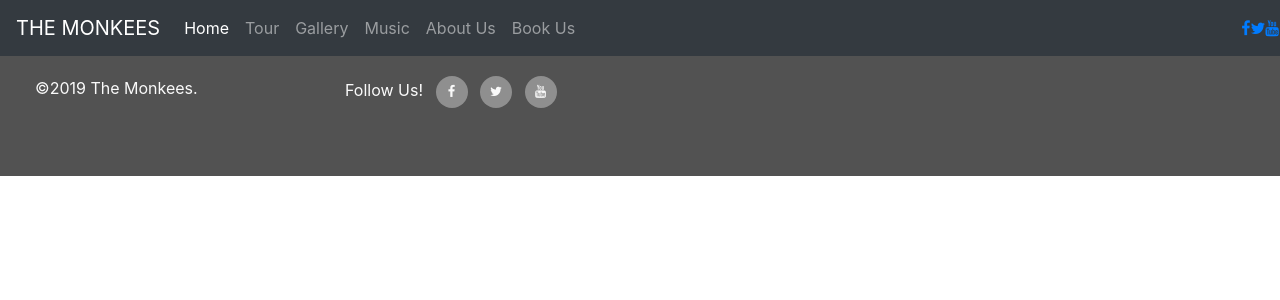
Repository: ClaraBausson/milestone_project_1
Page: index.html
The author's editor kept a record of every edit. The page is drawn from the files as they stood at one moment, then again after the next edit.
The browser window is 1280 px wide. The pictures show the whole page.
Some web libraries are served in a nearby version.

Above is the page before.

### index.html
<!DOCTYPE html>
<html lang="en">

<head>
    <meta charset="UTF-8">
    <meta name="viewport" content="width=device-width, initial-scale=1.0">
    <meta http-equiv="X-UA-Compatible" content="ie=edge">

    <title>The Monkees | Home</title>

    <!-------------------------- CSS links ------------------------------------>
    <script src="https://code.jquery.com/jquery-3.3.1.slim.min.js" integrity="sha384-q8i/X+965DzO0rT7abK41JStQIAqVgRVzpbzo5smXKp4YfRvH+8abtTE1Pi6jizo" crossorigin="anonymous"></script>
    <script src="https://cdnjs.cloudflare.com/ajax/libs/popper.js/1.14.7/umd/popper.min.js" integrity="sha384-UO2eT0CpHqdSJQ6hJty5KVphtPhzWj9WO1clHTMGa3JDZwrnQq4sF86dIHNDz0W1" crossorigin="anonymous"></script>
    <link rel="stylesheet" href="https://stackpath.bootstrapcdn.com/bootstrap/4.3.1/css/bootstrap.min.css" integrity="sha384-ggOyR0iXCbMQv3Xipma34MD+dH/1fQ784/j6cY/iJTQUOhcWr7x9JvoRxT2MZw1T" crossorigin="anonymous">
    <script src="https://stackpath.bootstrapcdn.com/bootstrap/4.3.1/js/bootstrap.min.js" integrity="sha384-JjSmVgyd0p3pXB1rRibZUAYoIIy6OrQ6VrjIEaFf/nJGzIxFDsf4x0xIM+B07jRM" crossorigin="anonymous"></script>

    <link rel="stylesheet" href="https://stackpath.bootstrapcdn.com/font-awesome/4.7.0/css/font-awesome.min.css" type="text/css" />
    <link rel="stylesheet" href="https://cdnjs.cloudflare.com/ajax/libs/hover.css/2.1.1/css/hover-min.css" type="text/css" />
    <link rel="stylesheet" href="css/main.css" type="text/css" />
</head>

<body>
    <!------------------------ NAVBAR/HEADER ---------------------------------->
    <header class="header">

        <nav class="navbar navbar-expand-lg navbar-dark bg-dark">
            <button class="navbar-toggler" type="button" data-toggle="collapse" data-target="#navbarToggler" aria-controls="navbarToggler" aria-expanded="false" aria-label="Toggle navigation"><span class="navbar-toggler-icon"></span></button>
            <a class="navbar-brand uppercase-text header-text" href="#">The Monkees</a>

            <div class="collapse navbar-collapse" id="navbarToggler">
                <ul class="navbar-nav mr-auto mt-2 mt-lg-0">
                    <li class="nav-item active">
                        <a class="nav-link subheader-text" href="#">Home</a>
                    </li>
                    <li class="nav-item">
                        <a class="nav-link subheader-text" href="#">Tour</a>
                    </li>
                    <li class="nav-item">
                        <a class="nav-link subheader-text" href="#">Gallery</a>
                    </li>
                    <li class="nav-item">
                        <a class="nav-link subheader-text" href="#">Music</a>
                    </li>
                    <li class="nav-item">
                        <a class="nav-link subheader-text" href="#">About Us</a>
                    </li>
                    <li class="nav-item">
                        <a class="nav-link subheader-text" href="#">Book Us</a>
                    </li>
                </ul>

                <div class="row">
                    <div class="col-xs-4">
                        <a target="_blank" href="#">
                            <i class="fa fa-facebook" aria-hidden="true"></i>
                            <span class="sr-only">Facebook</span>
                        </a>
                    </div>
                    <div class="col-xs-4">
                        <a target="_blank" href="#">
                            <i class="fa fa-twitter" aria-hidden="true"></i>
                            <span class="sr-only">Twitter</span>
                        </a>
                    </div>
                    <div class="col-xs-4">
                        <a target="_blank" href="#">
                            <i class="fa fa-youtube" aria-hidden="true"></i>
                            <span class="sr-only">YouTube</span>
                        </a>
                    </div>
                </div>
                <ul class="navbar-nav mr-auto mt-2 d-sm-block d-md-none social-links-header">
                    <li class="list-inline-item">
                        <a target="_blank" href="#">
                            <i class="fa fa-facebook" aria-hidden="true"></i>
                            <span class="sr-only">Facebook</span>
                        </a>
                    </li>
                    <li class="list-inline-item">
                        <a target="_blank" href="#">
                            <i class="fa fa-twitter" aria-hidden="true"></i>
                            <span class="sr-only">Twitter</span>
                        </a>
                    </li>
                    <li class="list-inline-item">
                        <a target="_blank" href="#">
                            <i class="fa fa-youtube" aria-hidden="true"></i>
                            <span class="sr-only">YouTube</span>
                        </a>
                    </li>
                </ul>
            </div>
        </nav>

    </header>

    <!----------------------- CONTENT SECTION --------------------------------->
    <section>

    </section>

    <!--------------------------- FOOTER -------------------------------------->
    <footer class="container-fluid">
        <div id="footer-details" class="row">
            <div class="col-sm-3">
                <p class="inline-block">
                    ©2019 The Monkees.
                </p>
            </div>
            <div class="col-sm-9">
                <ul class="list-inline social-links">
                    <li class="list-inline-item">
                        <p class="inline-block">
                            Follow Us!
                        </p>
                    </li>
                    <li class="list-inline-item">
                        <a target="_blank" href="#">
                            <i class="fa fa-facebook" aria-hidden="true"></i>
                            <span class="sr-only">Facebook</span>
                        </a>
                    </li>
                    <li class="list-inline-item">
                        <a target="_blank" href="#">
                            <i class="fa fa-twitter" aria-hidden="true"></i>
                            <span class="sr-only">Twitter</span>
                        </a>
                    </li>
                    <li class="list-inline-item">
                        <a target="_blank" href="#">
                            <i class="fa fa-youtube" aria-hidden="true"></i>
                            <span class="sr-only">YouTube</span>
                        </a>
                    </li>
                </ul>
            </div>
        </div>
    </footer>
</body>

</html>

### css/main.css
@import url('https://fonts.googleapis.com/css?family=Oswald:300,400,500,600,700|Poppins:300,400,500,600,700,800,900&display=swap&subset=latin-ext');



/*---------------------Special paddings/margins/text--------------------------*/

.no-padding {
    padding: 0;
}

.uppercase-text {
    text-transform: uppercase;
}

.header-text {}

.subheader-text {}

/*----------------------------------Colors------------------------------------*/

/*----------------------------------Header------------------------------------*/

/*-------------------------------Hover effects--------------------------------*/

/*----------------------------------Footer------------------------------------*/

footer {
    background-color: #525252;
    color: #fafafa;
    min-height: 120px;
    margin: 0;
}

.social-links {
    padding-bottom: 15px;
}

.social-links li a i {
    width: 32px;
    height: 32px;
    padding: 12px 0;
    border-radius: 50%;
    font-size: 13px;
    line-height: 7px;
    text-align: center;
    color: #fafafa;
    background: #8f8f8f;
    transition: all 0.35s ease-in-out;
    -moz-transition: all 0.35s ease-in-out;
    -webkit-transition: all 0.35s ease-in-out;
    -o-transition: all 0.35s ease-in-out;
}

.social-links li a i:hover {
    background: #e84610;
}

#footer-details {
    padding: 20px;
}

After the next edit:
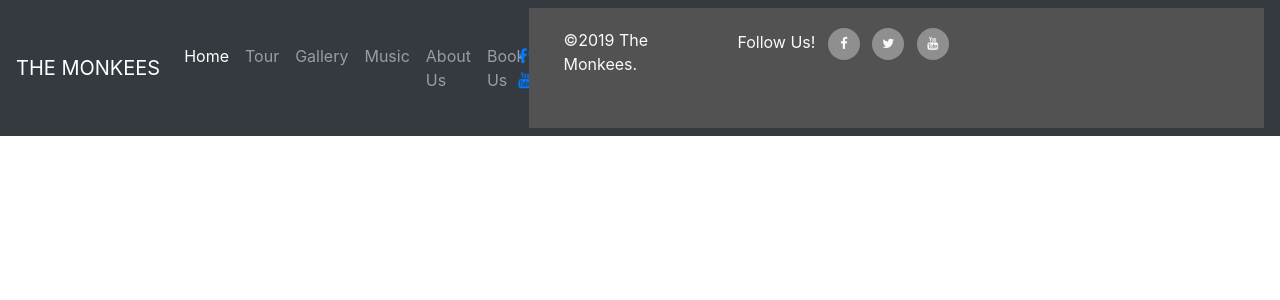
The edit:
--- a/index.html
+++ b/index.html
@@ -69,7 +69,7 @@
                         </a>
                     </div>
                 </div>
-                <ul class="navbar-nav mr-auto mt-2 d-sm-block d-md-none social-links-header">
+                <!---<ul class="navbar-nav mr-auto mt-2 d-sm-block d-md-none social-links-header">
                     <li class="list-inline-item">
                         <a target="_blank" href="#">
                             <i class="fa fa-facebook" aria-hidden="true"></i>

After the edit that followed:
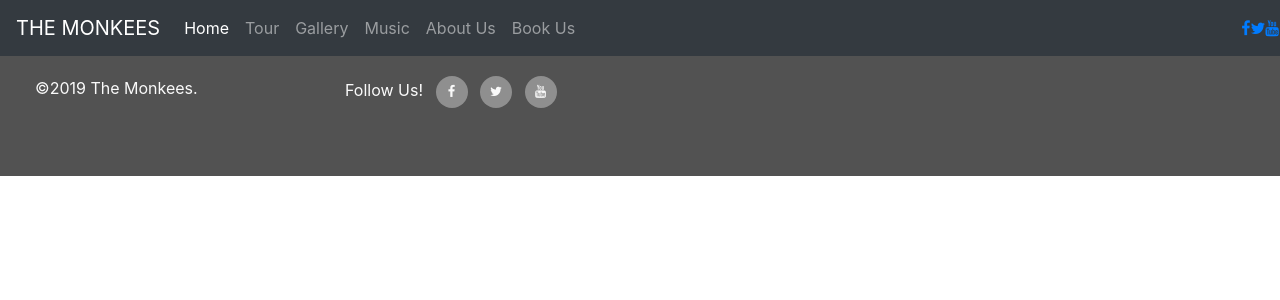
The edit:
--- a/index.html
+++ b/index.html
@@ -88,7 +88,7 @@
                             <span class="sr-only">YouTube</span>
                         </a>
                     </li>
-                </ul>
+                </ul>-->
             </div>
         </nav>
 
